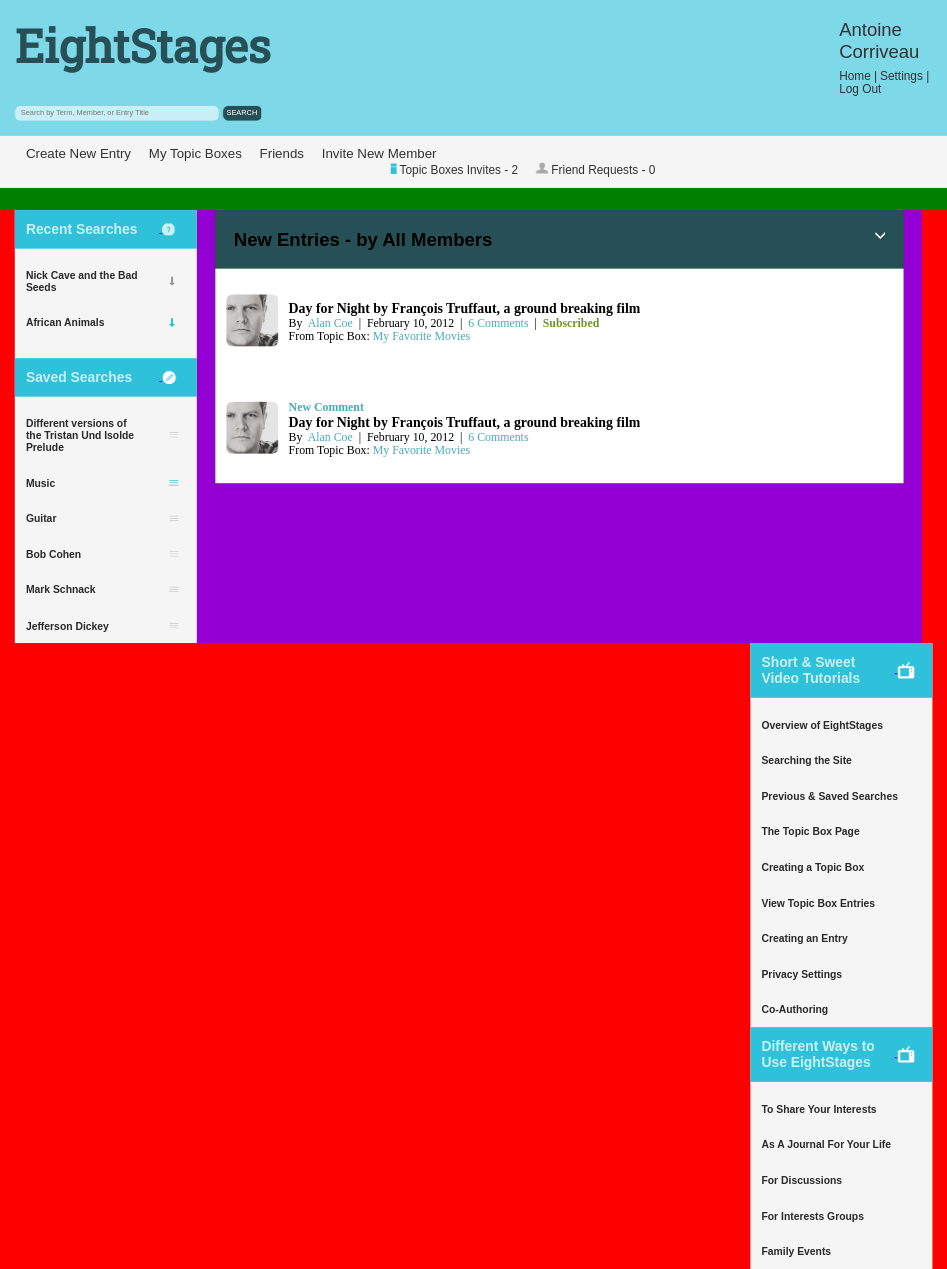
Repository: bhattaraib58/eighstages-lf-design
Page: Assignment 3/Eight Stages Website Mockup Done/index.html
These files come from the project's save history. The page is drawn as it stood at one moment and after the next save; the edit follows.
The browser window is 1280 px wide. The pictures show the whole page, at 74% of full size.
Some web fonts or font styles are not loaded; a fallback is used.

Above is the page before, as saved 2019-06-10 03:10:28.

After the next save:
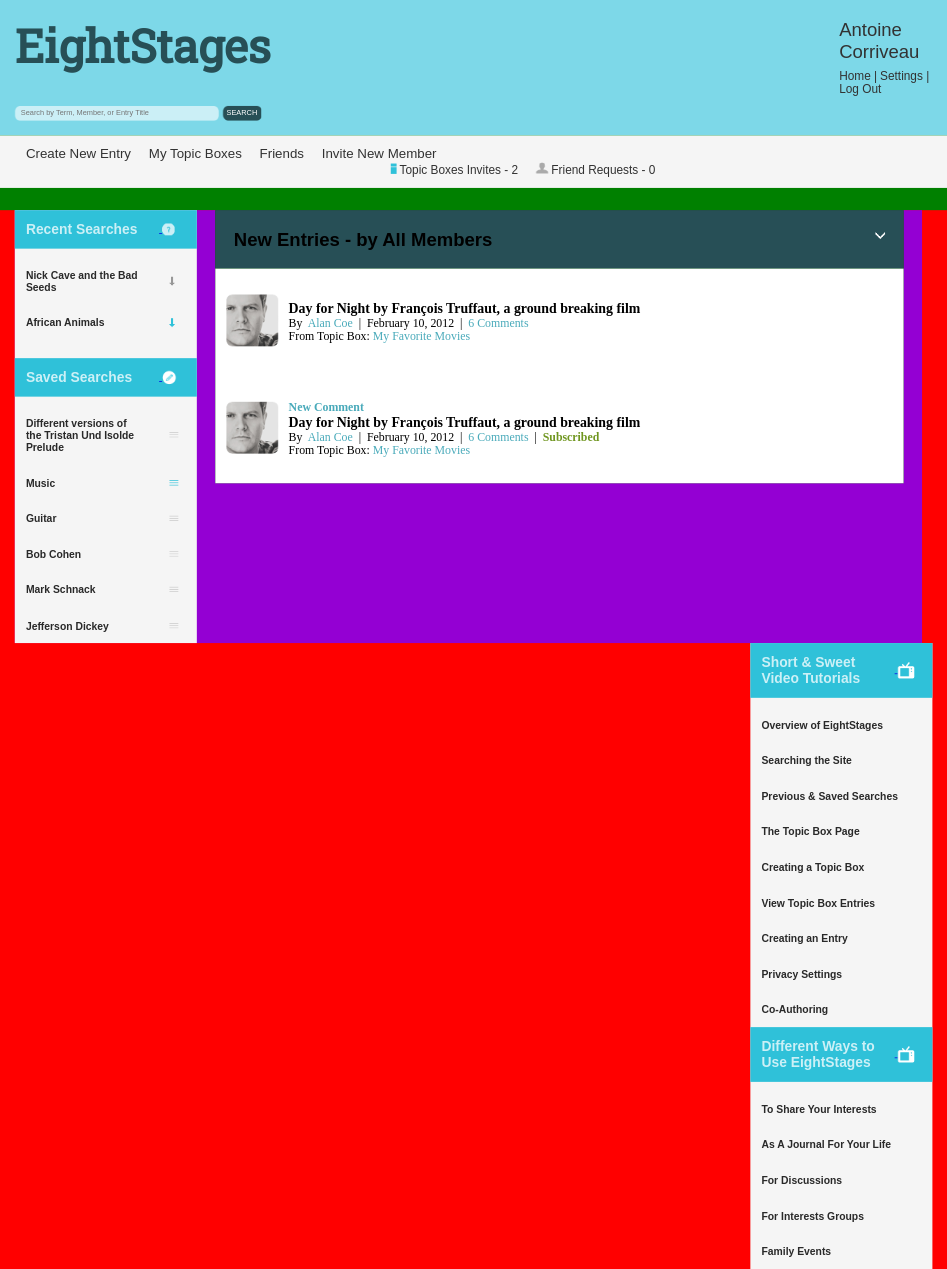
Saved 12 s later.
--- a/Assignment 3/Eight Stages Website Mockup Done/index.html
+++ b/Assignment 3/Eight Stages Website Mockup Done/index.html
@@ -154,8 +154,8 @@
                                         <span>February 10, 2012</span>
                                         <span>&nbsp;|&nbsp;</span>
                                         <a href="#">6&nbsp;Comments</a>
-                                        <span>&nbsp;|&nbsp;</span>
-                                        <span class="subscribed">Subscribed</span>
+                                        <!-- <span>&nbsp;|&nbsp;</span>
+                                        <span class="subscribed">Subscribed</span> -->
                                     </div>
                                     <div class="entries-category">
                                         <span>From Topic Box: </span>
@@ -180,8 +180,8 @@
                                             <span>February 10, 2012</span>
                                             <span>&nbsp;|&nbsp;</span>
                                             <a href="#">6&nbsp;Comments</a>
-                                            <!-- <span>&nbsp;|&nbsp;</span>
-                                            <span class="subscribed">Subscribed</span> -->
+                                            <span>&nbsp;|&nbsp;</span>
+                                            <span class="subscribed">Subscribed</span>
                                         </div>
                                         <div class="entries-category">
                                             <span>From Topic Box: </span>
